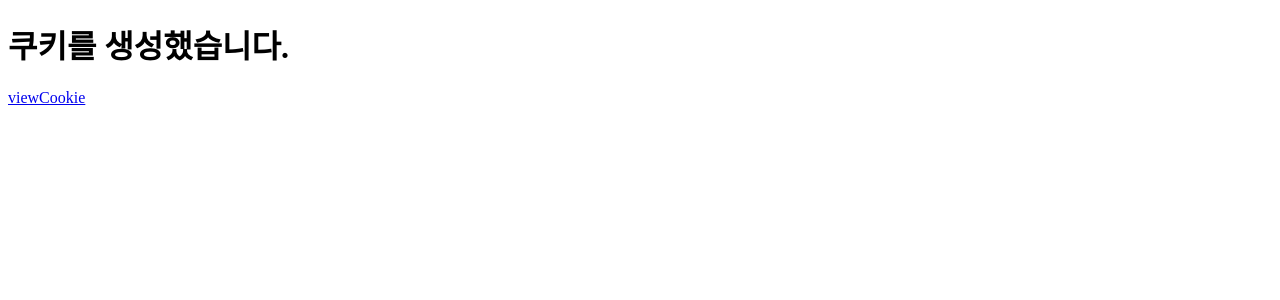
Repository: hhw9797/bitcampjn201904
Page: http://localhost/FirstWeb/cookie/makeCookie2.jsp
These files come from the project's save history. The page is drawn as it stood at one moment and after the next save; the edit follows.
The browser window is 1280 px wide. The pictures show the whole page.
The page is served by Tomcat 9.

Above is the page before, as saved 2019-06-25 06:14:27.

After the next save:
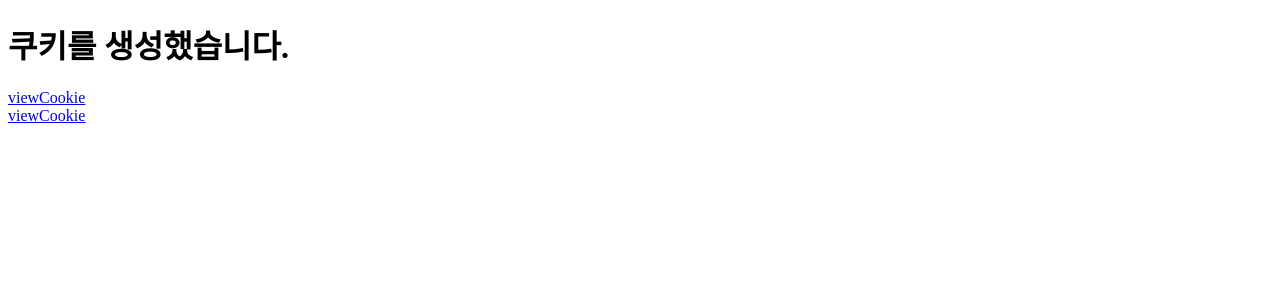
Saved 39 s later.
--- a/html/html5/jsp/FirstWeb/WebContent/cookie/makeCookie2.jsp
+++ b/html/html5/jsp/FirstWeb/WebContent/cookie/makeCookie2.jsp
@@ -40,6 +40,7 @@
 </head>
 <body>
 <h1>쿠키를 생성했습니다.</h1>
-<a href="viewCookie2.jsp">viewCookie</a>
+<a href="viewCookie2.jsp">viewCookie</a><br>
+<a href="viewCookiejs.jsp">viewCookie</a>
 </body>
 </html>
